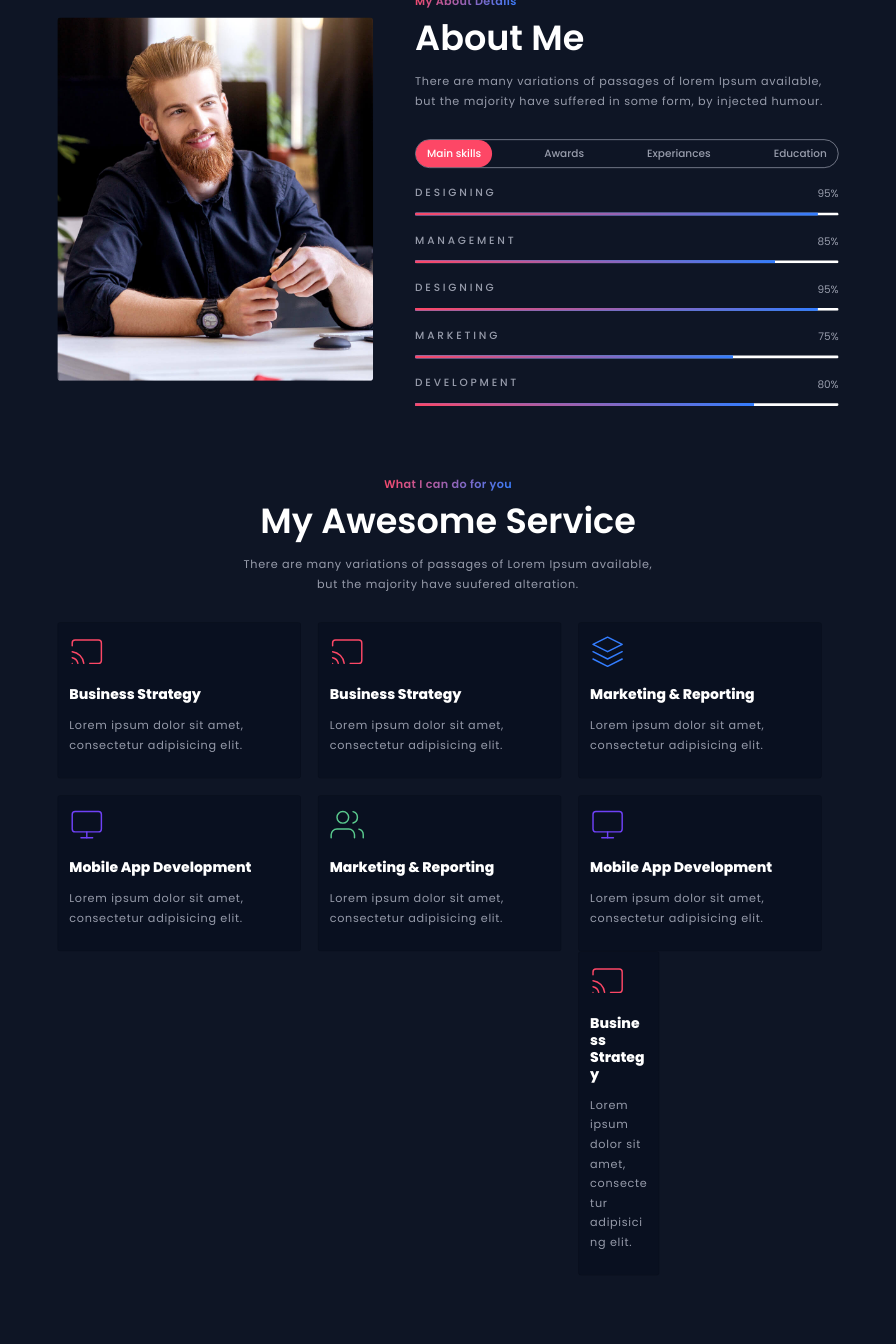
Repository: wadelfadill/Bootstrap_tache_3_responsive_portfolio
Page: index.html
These files come from the project's save history. The page is drawn as it stood at one moment and after the next save; the edit follows.
The browser window is 1280 px wide. The pictures show the part of the page from y = 710 to 2630 px (the page is 2630 px tall before and 2390 px after), at 70% of full size.
Backgrounds fixed to the window are drawn as part of the page. Some web libraries are served in a nearby version.

Above is the page before, as saved 2023-04-11 11:39:44.

After the next save:
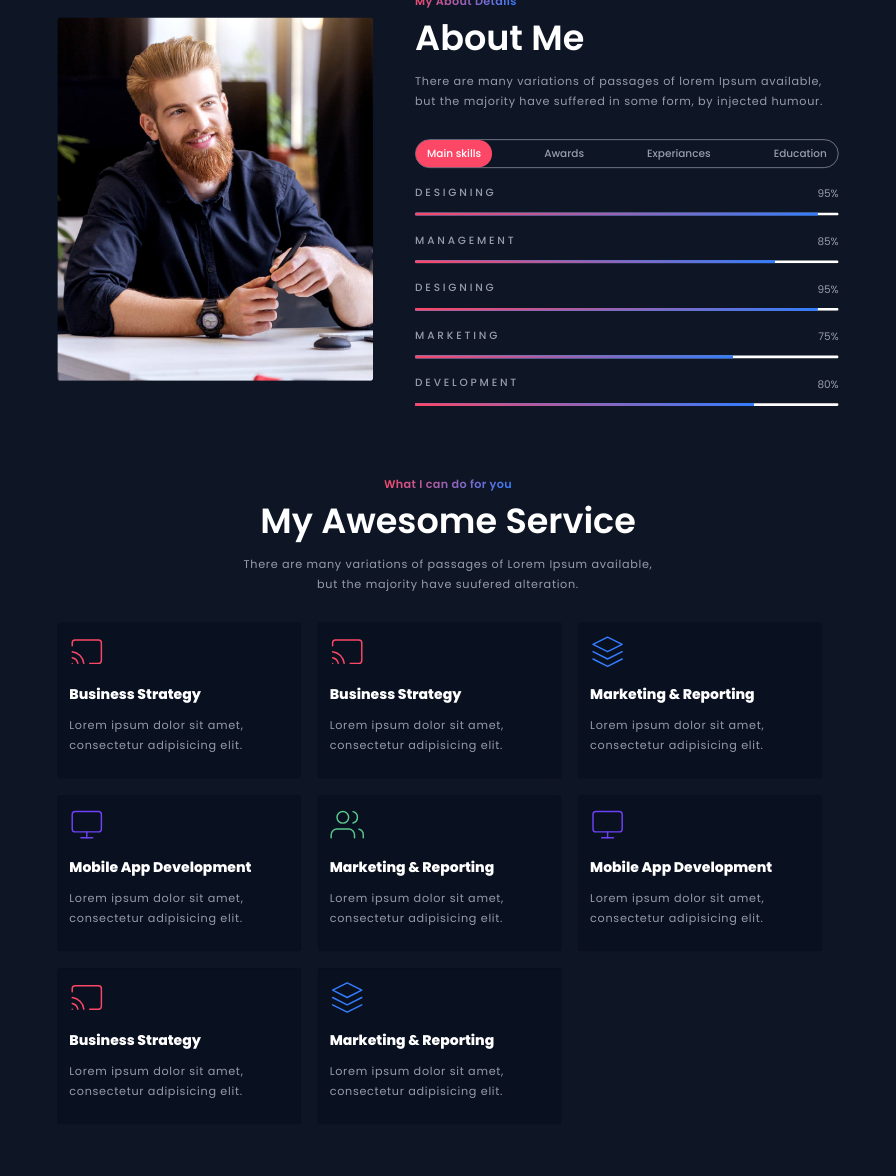
Saved 2 min 2 s later.
--- a/index.html
+++ b/index.html
@@ -249,13 +249,22 @@
                         <p>Lorem ipsum dolor sit amet, consectetur adipisicing elit.</p>
                       </div>
                     </div>
-                    <div class="col-lg-4 col-md-6 mb-4">
-                      <div class="card">
-                        <div class="card-body text-md-start text-center">
-                          <img src="images/service/service-1.svg" alt="service-img-1" class="img-fluid mb-4">
-                          <h3>Business Strategy</h3>
-                          <p>Lorem ipsum dolor sit amet, consectetur adipisicing elit.</p>
-                        </div>
+                  </div>
+                  <div class="col-lg-4 col-md-6 mb-4">
+                    <div class="card">
+                      <div class="card-body text-md-start text-center">
+                        <img src="images/service/service-1.svg" alt="service-img-1" class="img-fluid mb-4">
+                        <h3>Business Strategy</h3>
+                        <p>Lorem ipsum dolor sit amet, consectetur adipisicing elit.</p>
+                      </div>
+                    </div>
+                  </div>
+                  <div class="col-lg-4 col-md-6 mb-4">
+                    <div class="card">
+                      <div class="card-body text-md-start text-center">
+                        <img src="images/service/service-2.svg" alt="service-img-1" class="img-fluid mb-4">
+                        <h3>Marketing & Reporting</h3>
+                        <p>Lorem ipsum dolor sit amet, consectetur adipisicing elit.</p>
                       </div>
                     </div>
                   </div>
